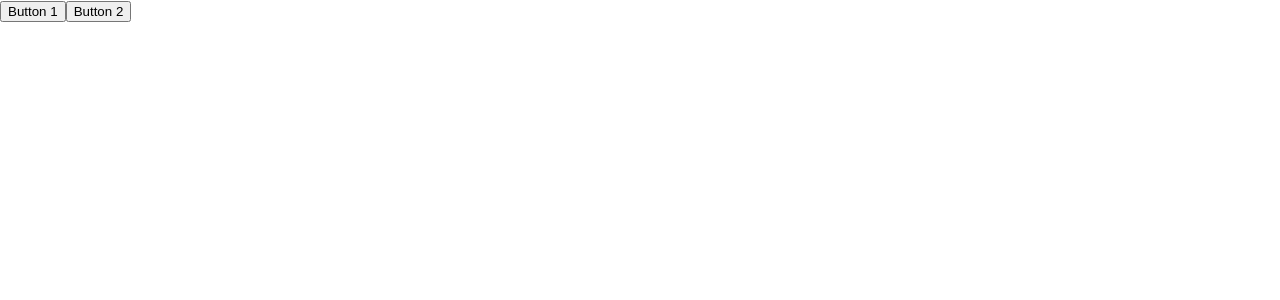
Repository: dnjfht/css-example
Page: /
An editor plug-in stored every save of this project. The page is shown before and after the next save, followed by the edit.
The browser window is 1280 px wide. The pictures show the whole page.
The project was rebuilt for these pictures with package versions that can differ from the ones it lists, and the page was loaded fresh each time.

Above is the page before, as saved 2023-05-11 16:03:26.

After the next save:
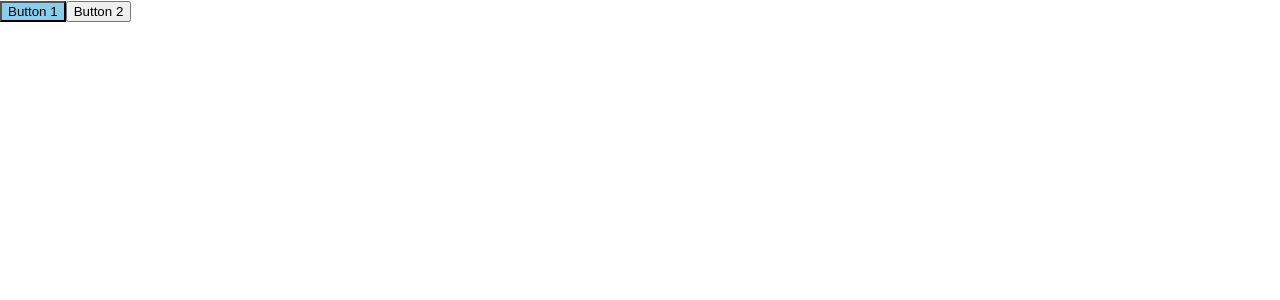
Saved 86 s later.
--- a/src/components/Button1.js
+++ b/src/components/Button1.js
@@ -1,5 +1,5 @@
 import React from "react";
 
 export default function Button1() {
-  return <button>Button 1</button>;
+  return <button style={{ backgroundColor: "skyblue" }}>Button 1</button>;
 }
